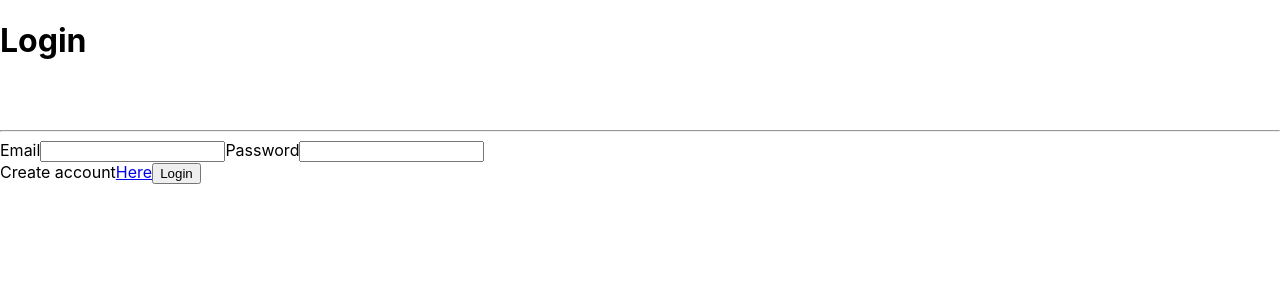
Repository: TendaniSadiki/revelation-e-commerce
Page: /login
These files come from the project's save history. The page is drawn as it stood at one moment and after a run of saves; the edit follows.
The browser window is 1280 px wide. The pictures show the whole page.
The project was rebuilt for these pictures with package versions that can differ from the ones it lists, and the page was loaded fresh each time. Also part of the build but not shown: src/Components/Navbar.css, src/Components/Navbar.js, src/Components/CardStyle.css, src/Components/IndividualProduct.js, src/Components/Products.js, src/Components/IndividualCartProduct.js, src/Components/CartProduct.js, src/Components/Home.js and 9 more. Imported but missing from the stored project, and not drawn on this page: src/Components/Pages/Sale/Sale.

Above is the page before, as saved 2022-11-10 15:26:11.

### src/App.js
import logo from './logo.svg';
import './App.css';
import { Home } from './Components/Home';
import {BrowserRouter,Routes,Route} from 'react-router-dom'
import { Login } from './Components/Login';
import { Signup } from './Components/Signup';
import { NotFound } from './Components/NotFound';

import { Cart } from './Components/Cart';
import { AddProduct } from './Components/AddProduct';
import ProductView from './Components/ProductView';
import Sale from './Components/Pages/Sale/Sale';
import Summer from './Components/Pages/Summer/Summer';
import Winter from './Components/Pages/Sale/Sale';
import Accessories from './Components/Pages/Accessories/Accessories';



function App() {
  return (
    <div className="App">
      <BrowserRouter>

      <Routes>
        <Route path="/" element={<Home/>}/>
        <Route path="/login" element={<Login/>}/>
        <Route path ="/signup" element={<Signup/>}/>
        <Route path ="/cart" element={<Cart/>}/>
        <Route path = '/add-product' element={<AddProduct/>}/>
        <Route path = '/product-view' element={<ProductView/>}/>
        <Route path ='/sale' element={<Sale/>}/>
        <Route path = '/summer' element={<Summer/>}/>
        <Route path = '/winter' element={<Winter/>}/>
        <Route path = '/accessories' element={<Accessories/>} />



      </Routes>
      </BrowserRouter>


    </div>
  );
}

export default App;

### src/App.css
.App {
  te
}

### src/Components/Login.js
import React,{useState} from 'react'
import fire from '../Config/Config';
import {Link, useNavigate} from 'react-router-dom'
import './Login.css'
export const Login = () => {
    const navigate = useNavigate();
    const [email ,setEmail] = useState("");
    const [password, setPassword]= useState("");
    const [errorMsg ,setErrorMsg] = useState("");
    const [succcessMsg, setSuccessMsg]= useState("");


    const handleLogin=(e)=>{
        e.preventDefault()
        fire.auth().signInWithEmailAndPassword(email,password).then((credentials)=>{
            console.log(credentials)
                setSuccessMsg("Login Successfull. You will be redirected to Home")

                setEmail("");
                setPassword("");
                setErrorMsg("");
              setTimeout(()=>{
                setSuccessMsg("");
                navigate("/")
              },3000)

            })


    }

  return (
    <div className="main-Login">
       <h1>Login</h1>
       <div className="login-contain"></div>
    <br></br>
    <br></br>

    <hr></hr>
    {succcessMsg&& <>
    <div className='success-msg'>{succcessMsg}</div>
    <br></br>
    </>}


    <form  autoComplete='off' onSubmit={handleLogin}>

        <lable>Email</lable>
        <input type='email'  required onChange={(e)=>setEmail(e.target.value)} value={email}/>
        <lable>Password</lable>
        <input type='password'  required onChange={(e)=>setPassword(e.target.value)} value={password}/>
        <br></br>
       <div >
        <span>Create account
            <Link to="/signup" >Here</Link></span>
            <button type='submit' >Login</button>
       </div>
    </form>

    <div className="right-side"></div>

    {errorMsg&& <>
        <div className='error-msg'>{errorMsg}</div>
        <br></br>
    </>}
    </div>
  )
}

### src/Config/Config.js
import firebase from 'firebase/compat/app';
import 'firebase/compat/auth';
import 'firebase/compat/firestore';
import 'firebase/compat/storage'
const config = {
    // apiKey: "AIzaSyB8CB9NLa1vbsREct9x7r2QWNzl0fXx3YA",
    // authDomain: "apparelbase-76671.firebaseapp.com",
    // projectId: "apparelbase-76671",
    // storageBucket: "apparelbase-76671.appspot.com",
    // messagingSenderId: "101281494605",
    // appId: "1:101281494605:web:acb62d132a8456585d8e04",
    // measurementId: "G-S25VVVM4TB"
    apiKey: "AIzaSyDG8_Lz9ggCm-gA1UM6TftJoSnTX7m-NWw",
    authDomain: "revelationapp-390bd.firebaseapp.com",
    databaseURL: "https://revelationapp-390bd-default-rtdb.firebaseio.com",
    projectId: "revelationapp-390bd",
    storageBucket: "revelationapp-390bd.appspot.com",
    messagingSenderId: "465444417647",
    appId: "1:465444417647:web:d4d93f9638925eab26dd9a"
};


const fire = firebase.initializeApp(config);
export const storage  = fire.storage();
export const db = fire.firestore();
export const auth = fire.auth()

export default fire;

Loaded but not shown: public/index.html (common file); src/index.js (common file); src/index.css (common file); src/reportWebVitals.js (common file)

After the next 2 saves:
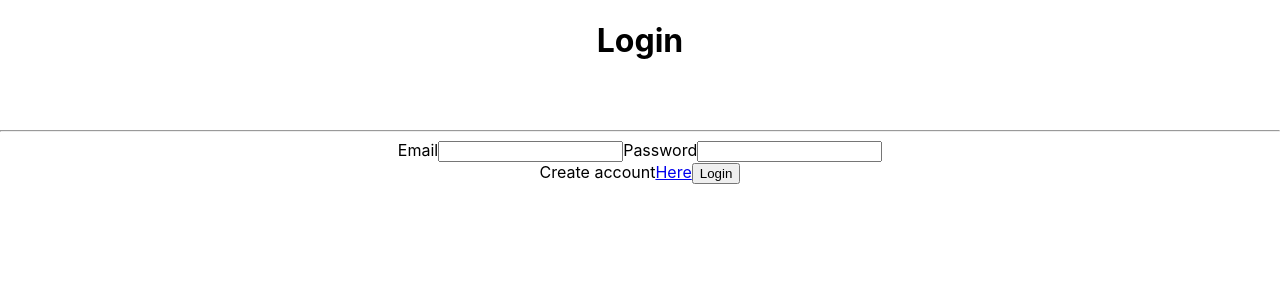
The 2 saves are shown as one change because they came seconds apart.
The last was saved 6 s later.
--- a/src/App.css
+++ b/src/App.css
@@ -1,3 +1,4 @@
 .App {
-  te
+  text-align: center;
+  display: ;
 }
